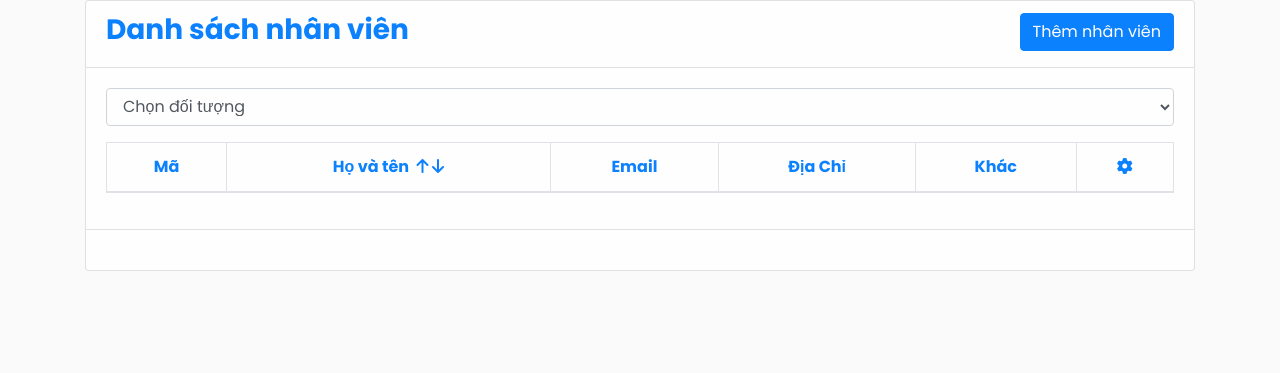
Repository: maitan0705/es6_oop
Page: index.html
The author's editor kept a copy of each file at every save. The page is drawn from the files as they stood at one save, then again after a run of saves.
The browser window is 1280 px wide. The pictures show the whole page.
Some web fonts or font styles are not loaded; a fallback is used.

Above is the page before, as saved 2023-04-13 08:18:47.
Console error: SyntaxError: Unexpected identifier 'listPerson'

After the next 8 saves:
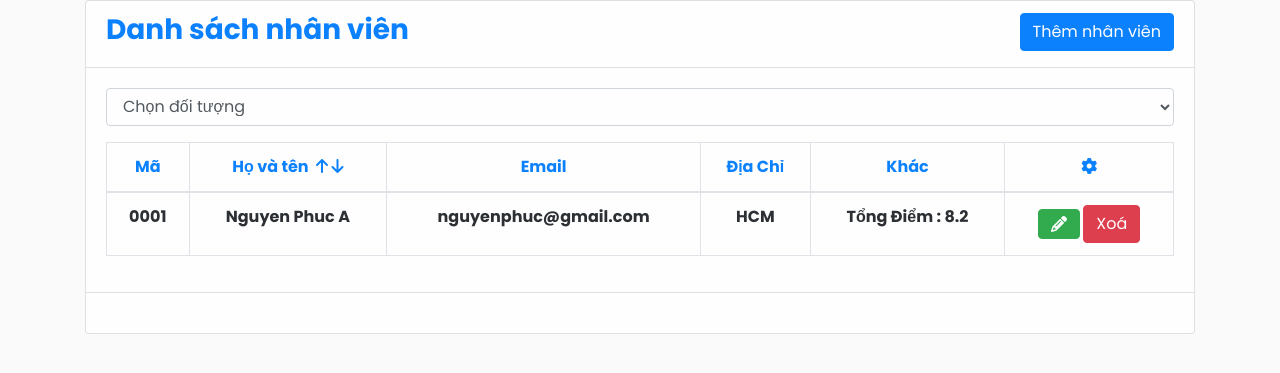
The error is gone.
The 8 saves are shown as one change because they came seconds apart.
The last was saved 19 s later.
--- a/controllers/index.js
+++ b/controllers/index.js
@@ -61,7 +61,7 @@ document.querySelector("#btnThemNV").onclick = () => {
           let { id, value } = input;
           student[id] = value;
         }
-        if
+        if(valid(student)== false) return;
         listPerson.themDoiTuong(student);
         listPerson.renderTable("#tableDanhSach");
         listPerson.save();
